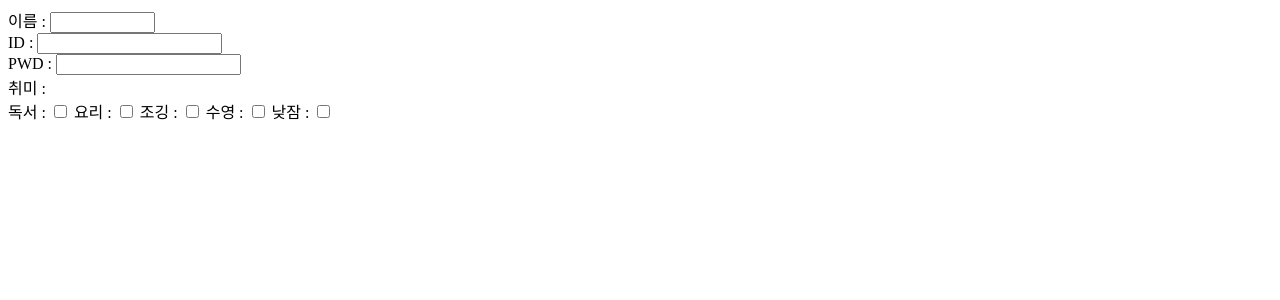
Repository: HongEunbeen/JSP-code
Page: http://localhost/StartJSP/Servlet.jsp
The author's editor kept a copy of each file at every save. The page is drawn from the files as they stood at one save, then again after the next save.
The browser window is 1280 px wide. The pictures show the whole page.
The page is served by Tomcat 9. Other server files are loaded and not shown.

Above is the page before, as saved 2019-04-01 00:08:55.

### StartJSP/WebContent/Servlet.jsp
<%@ page language="java" contentType="text/html; charset=UTF-8"
    pageEncoding="UTF-8"%>
<!DOCTYPE html>
<html>
<head>
<meta charset="UTF-8">
<title>Insert title here</title>
</head>
<body>
	<form>
		이름 : <input type = "text" name = "name" size = "10"><br>
		ID : <input type = "text" name = "id"><br>
		PWD : <input type = "password" name = "pwd"><br>
		취미 :<br>
		독서 : <input type = "checkbox" value = "hobby" value = "read">
		요리 : <input type = "checkbox" value = "hobby" value = "cook">
		조깅 : <input type = "checkbox" value = "hobby" value = "run">
		수영 : <input type = "checkbox" value = "hobby" value = "swim">
		낮잠 : <input type = "checkbox" value = "hobby" value = "sleep">
		<br>
	</form>
</body>
</html>

After the next save:
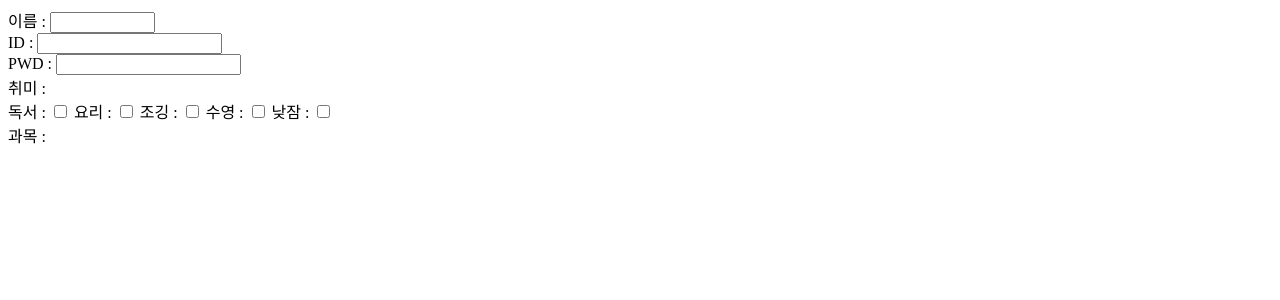
Saved 77 s later.
--- a/StartJSP/WebContent/Servlet.jsp
+++ b/StartJSP/WebContent/Servlet.jsp
@@ -18,6 +18,7 @@
 		수영 : <input type = "checkbox" value = "hobby" value = "swim">
 		낮잠 : <input type = "checkbox" value = "hobby" value = "sleep">
 		<br>
+		과목 :
 	</form>
 </body>
 </html>
